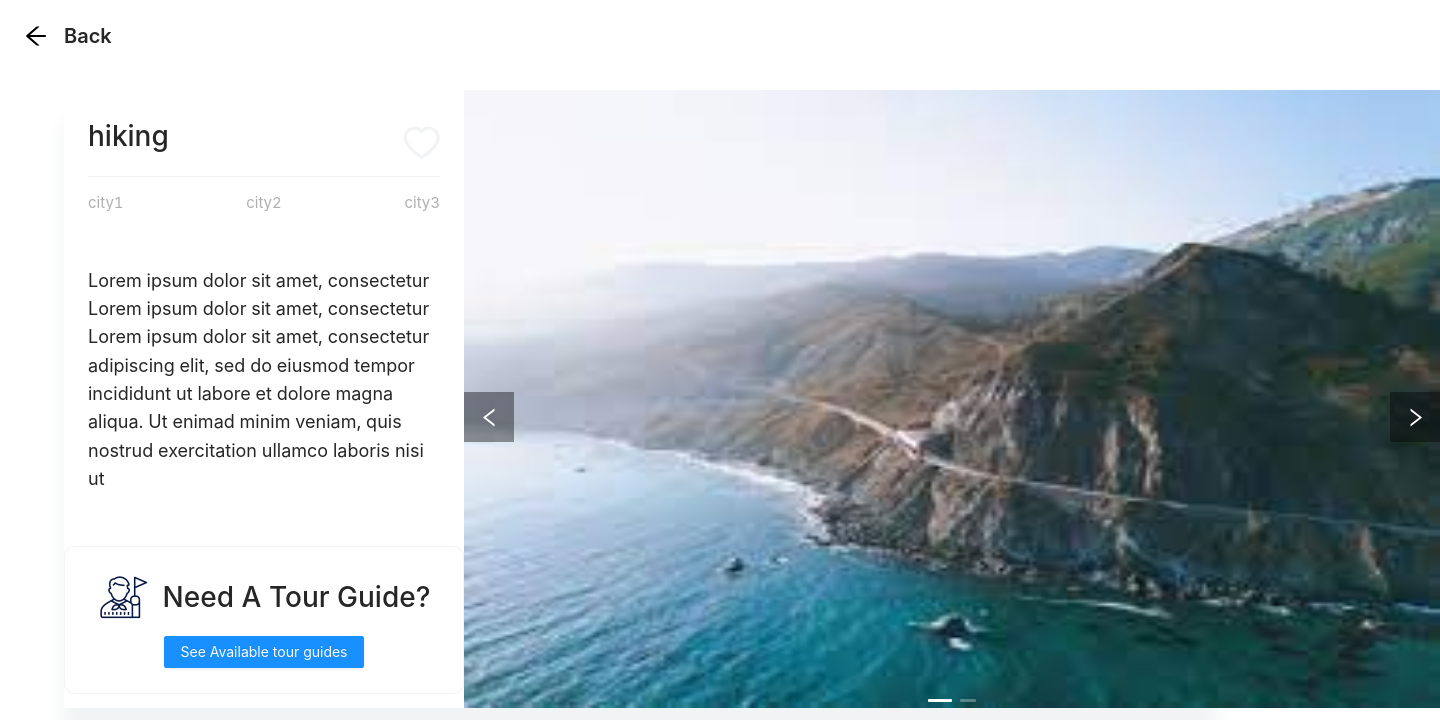
Repository: harkibit/discover-north-lebanon
Page: /
The author's editor kept a copy of each file at every save. The page is drawn from the files as they stood at one save, then again after the next save.
The browser window is 1280 px wide. The page is 1440 px wide, so the pictures cover 1440 px, including what lies to the right of the window. The pictures show the whole page.
The project was rebuilt for these pictures with package versions that can differ from the ones it lists, and the page was loaded fresh each time. Also part of the build but not shown: src/App.css.

Above is the page before, as saved 2021-02-26 03:44:16.

After the next save:
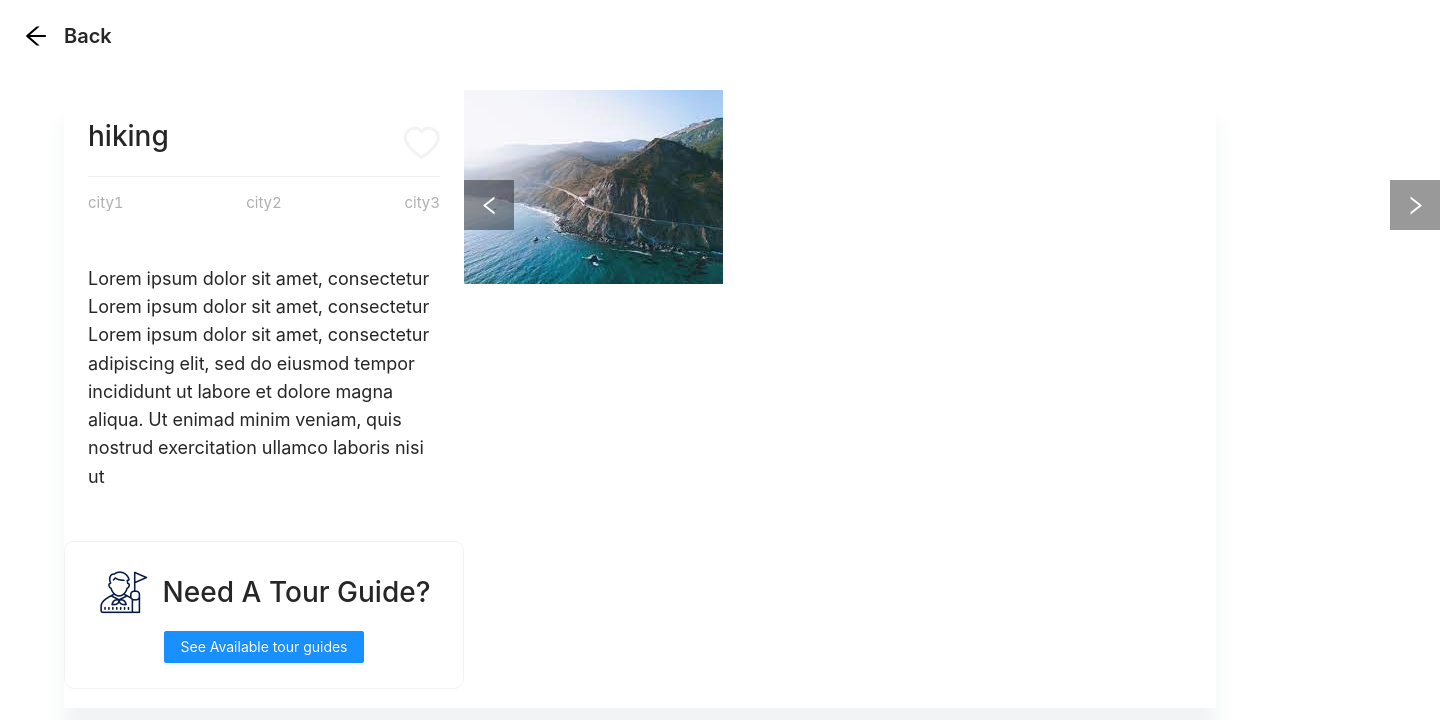
Saved 7 min 6 s later.
--- a/src/Components/ActivitiesCarousel/ActivitiesCarousel.js
+++ b/src/Components/ActivitiesCarousel/ActivitiesCarousel.js
@@ -15,7 +15,7 @@
       >
         {actPicArray.map((pic, index) => (
           <div className="carousel-item" key={index}>
-            <Image width={'100%'} height="70ch" src={pic.imgsrc} />
+            <Image src={pic.imgsrc} />
           </div>
         ))}
       </Carousel>

After the save that followed:
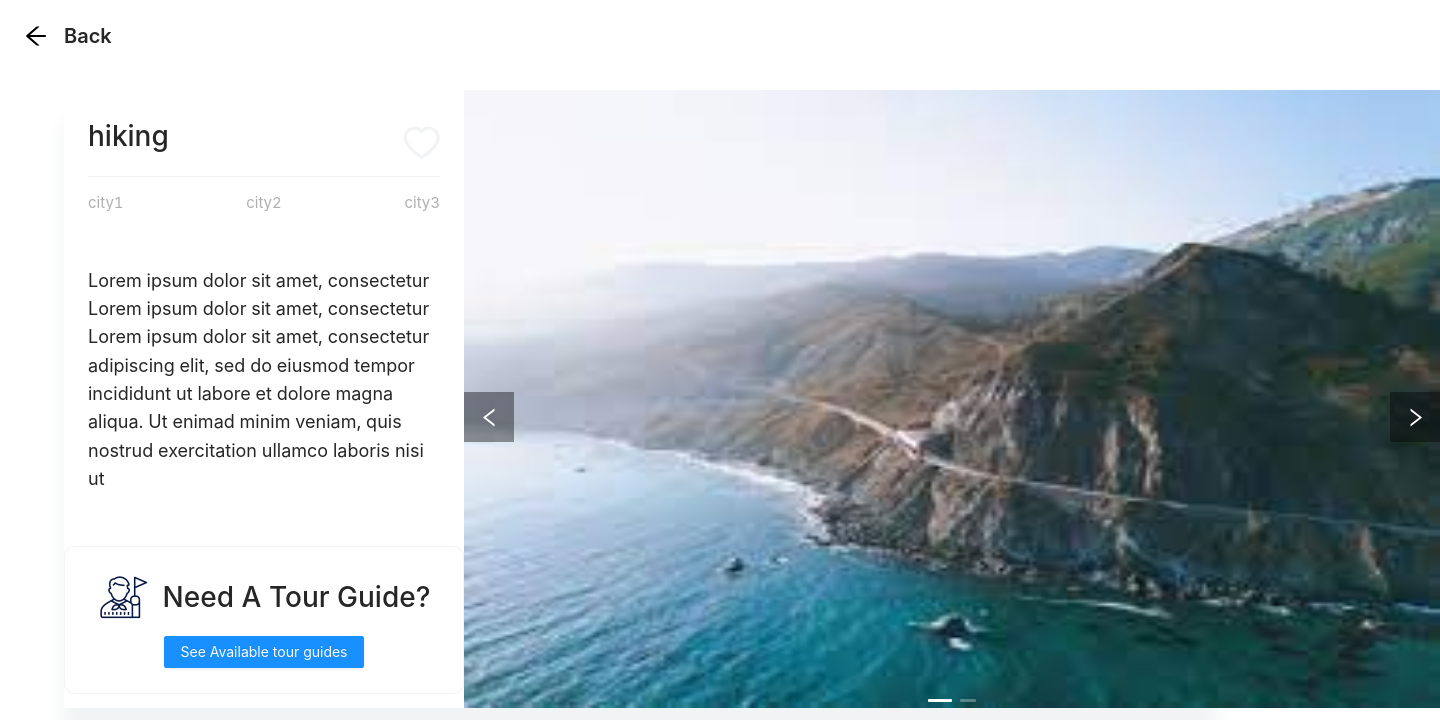
Saved 6 min 38 s later.
--- a/src/Components/ActivitiesCarousel/ActivitiesCarousel.js
+++ b/src/Components/ActivitiesCarousel/ActivitiesCarousel.js
@@ -15,7 +15,7 @@
       >
         {actPicArray.map((pic, index) => (
           <div className="carousel-item" key={index}>
-            <Image src={pic.imgsrc} />
+            <Image width="100%" height="70ch" src={pic.imgsrc} />
           </div>
         ))}
       </Carousel>
